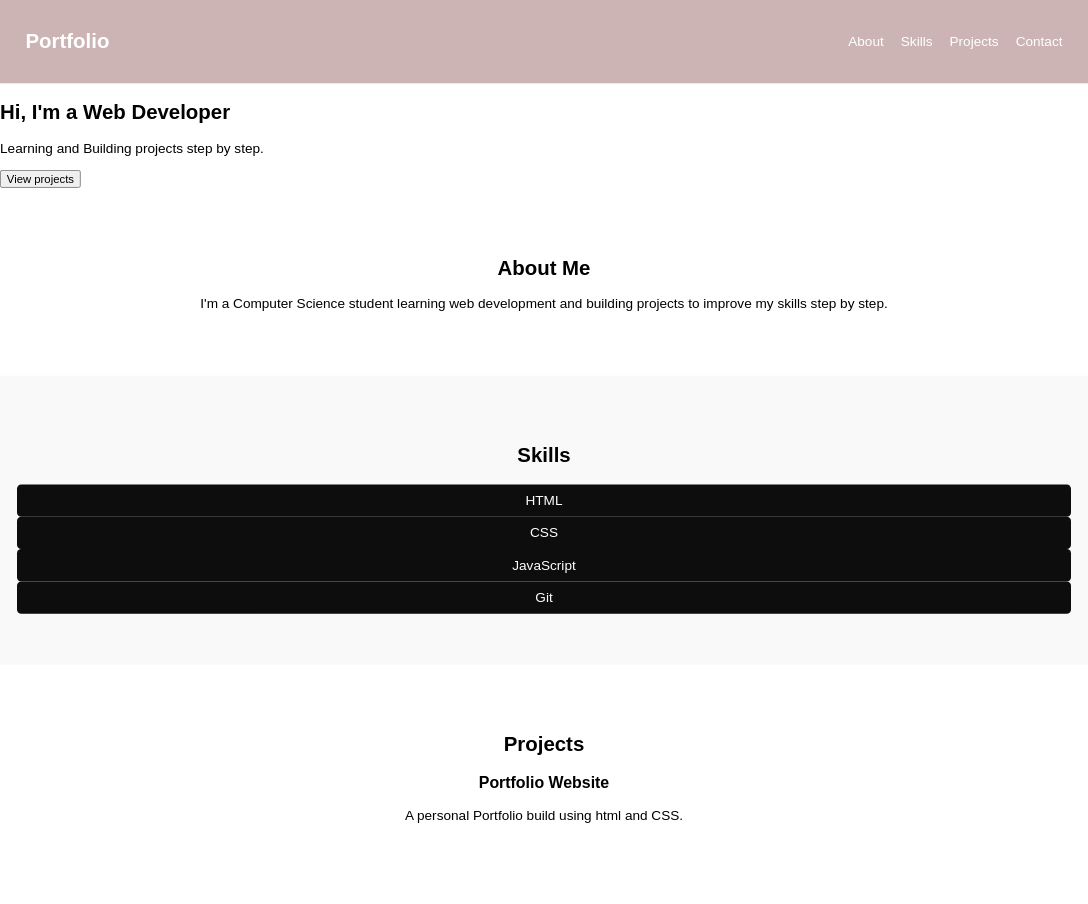
Repository: syeda-naqvi-hub/Portfolio-website
Page: python/portfolio/index.html
The author's editor kept a copy of each file at every save. The page is drawn from the files as they stood at one save, then again after the next save.
The browser window is 1280 px wide. The pictures show the whole page, at 85% of full size.

Above is the page before, as saved 2026-02-07 11:32:54.

### python/portfolio/index.html
<!DOCTYPE html>
<html lang="en">
<head>
    <meta charset="UTF-8">
    <meta name="viewport" content="width=device-width, initial-scale=1.0">
    <title>Portfolio</title>
    <link rel="stylesheet" href="style.css">
</head>
<body>
    <script src="script.js"></script>
    <header>
        <nav>
            <h2 class="logo">Portfolio</h2>
            <ul>
                <li><a href="#about">About</a></li>
                <li><a href="#skills">Skills</a></li>
                <li><a href="#projects">Projects</a></li>
                <li><a href="#contact">Contact</a></li>
            </ul>
        </nav>
    </header>
    <section class=""hero">
        <h1>Hi, I'm a Web Developer </h1>
        <p>Learning and Building projects step by step.</p>
        <button>View projects</button>
    </section>
    <section id="about" class="about">
        <h2>About Me</h2>
        <p>
            I'm a Computer Science student learning web development and building projects to improve my skills step by step.
        </p>
    </section>
    <section id="skills" class="skills">
        <h2>Skills</h2>
        <div class="skills-list">
            <div>HTML</div>
            <div>CSS</div>
            <div>JavaScript</div>
            <div>Git</div>
        </div>
    </section>
    <section id="projects" class="projects">
        <h2>Projects</h2>
        <div class="project-card">
            <h3>Portfolio Website</h3>
            <p>A personal Portfolio build using html and CSS.</p>
            <a href="#">Live Demo</a>
            <a href="#">Github</a>
        </div>
    </section>
</body>
</html>

### python/portfolio/style.css
body {
    font-family: arial,sans-serif;
    margin: 0;
}
header {
    background: #ccb4b4;
    color: white;
    padding: 15px 30px;
}
nav {
    display: flex;
    justify-content: space-between;
    align-items: center;
}
ul {
    display: flex;
    list-style: none;
    gap: 20px;
}
a {
    color: white;
    text-decoration:none
}
.hero {
    height: 80vh;
    display: flex;
    flex-direction: column;
    justify-content: center;
    background: #cec6c6;
    text-align: center;
}
.about {
    padding: 60px 20px;
    text-align: center;
}
.skills {
    background: #f9f9f9;
    padding: 60px 20px;
    text-align: center;
}
.skills-set {
    display: flex;
    justify-content: center;
    gap: 20px;
    margin-top: 20px;
}
.skills-list div {
    background: #0e0d0d;
    color: white;
    padding: 10px 20px;
    border-radius: 5px;
}
.projects {
    padding: 60px 20px;
    text-align: center;
}
.project-card {

}

### python/portfolio/script.js
console.log("Portfolio loaded")

After the next save:
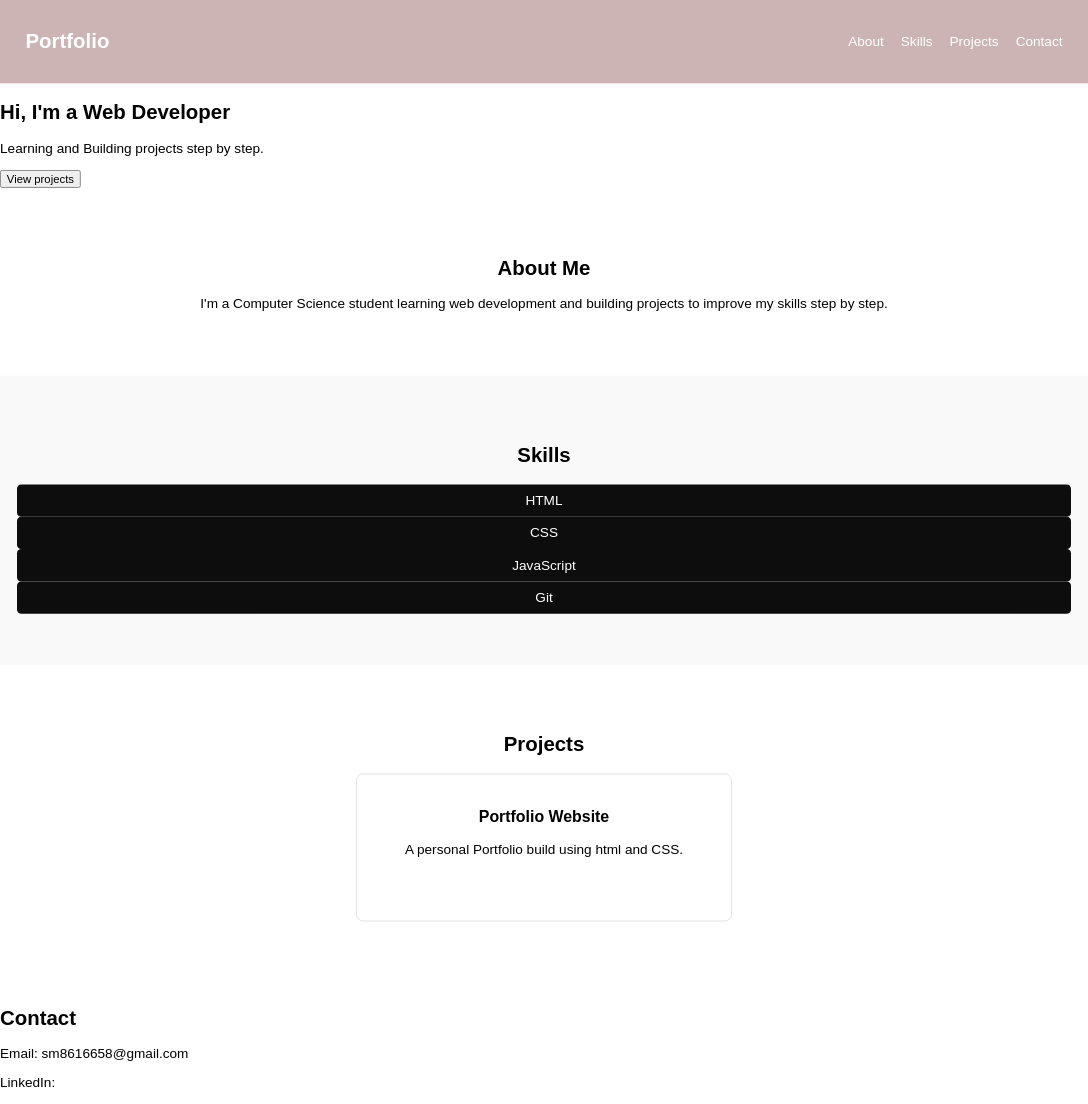
Saved 6 min 54 s later.
--- a/python/portfolio/index.html
+++ b/python/portfolio/index.html
@@ -48,5 +48,11 @@
             <a href="#">Github</a>
         </div>
     </section>
+    <section id="contact" class="contact">
+        <h2>Contact</h2>
+        <p>Email: sm8616658@gmail.com</p>
+        <p>LinkedIn: </p>
+
+    </section>
 </body>
 </html>
--- a/python/portfolio/style.css
+++ b/python/portfolio/style.css
@@ -55,5 +55,13 @@ a {
     text-align: center;
 }
 .project-card {
-
+    border: 1px solid #ddd;
+    padding: 20px;
+    margin: 20px auto;
+    max-width: 400px;
+    border-radius: 8px;
 }
+.project-card a {
+    margin: 10px;
+    display: inline-block;
+}
